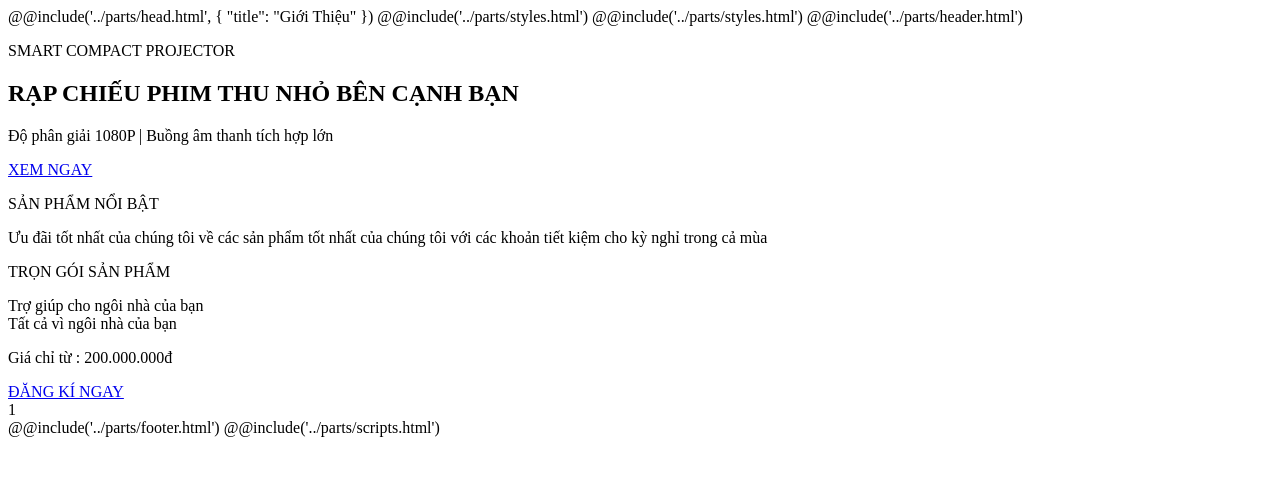
Repository: thanhthien0706/startsup
Page: src/views/pages/index.html
An editor plug-in stored every save of this project. The page is shown before and after the next save, followed by the edit.
The browser window is 1280 px wide. The pictures show the whole page.

Above is the page before, as saved 2021-09-24 22:01:45.

### src/views/pages/index.html
<html lang="vi">

<head>
  <!-- include head.html -->
  @@include('../parts/head.html', {
  "title": "Giới Thiệu"
  })
  <!-- include styles.html -->
  @@include('../parts/styles.html')
  @@include('../parts/styles.html')
</head>

<body class="wrapper">
  @@include('../parts/header.html')
  <section class="section_content--index">

    <section class="section_1">
      <div class="container_edit--page--1240">
        <div class="box_content_main">
          <p class="title">SMART COMPACT PROJECTOR</p>
          <h2 class="main_title">RẠP CHIẾU PHIM THU NHỎ BÊN CẠNH BẠN</h2>
          <p class="description">Độ phân giải 1080P | Buồng âm thanh tích hợp lớn</p>
          <a href="#" class="btn_xem-ngay">XEM NGAY</a>
        </div>
      </div>
    </section>

    <section class="section_2">
      <div class="container_edit--page--1240">
        <div class="box_main_st_2">

          <div class="box_heading">
            <p class="title">SẢN PHẨM NỔI BẬT</p>
            <p class="description">Ưu đãi tốt nhất của chúng tôi về các sản phẩm tốt nhất của chúng tôi với các khoản tiết kiệm cho kỳ nghỉ trong cả mùa</p>
          </div>

          <div class="box_content">
            <section class="item_content-1">
              <div class="row">
                <div class="col-sm-6">
                  <div class="box_bg_1">
                    <p class="logo">TRỌN GÓI SẢN PHẨM</p>
                    <p class="slogan">Trợ giúp cho ngôi nhà của bạn</br>Tất cả vì ngôi nhà của bạn</p>
                    <p class="box_price">
                      <span class="text">Giá chỉ từ : </span>
                      <span class="price">200.000.000đ</span>
                    </p>
                    <a href="#" class="btn_dangKi">ĐĂNG KÍ NGAY</a>
                  </div>
                </div>
                <div class="col-sm-6">
                  1
                </div>
              </div>
            </section>
          </div>

        </div>
      </div>
    </section>

  </section>
  @@include('../parts/footer.html')

  <!-- include scripts.html -->
  @@include('../parts/scripts.html')
</body>

</html>

After the next save:
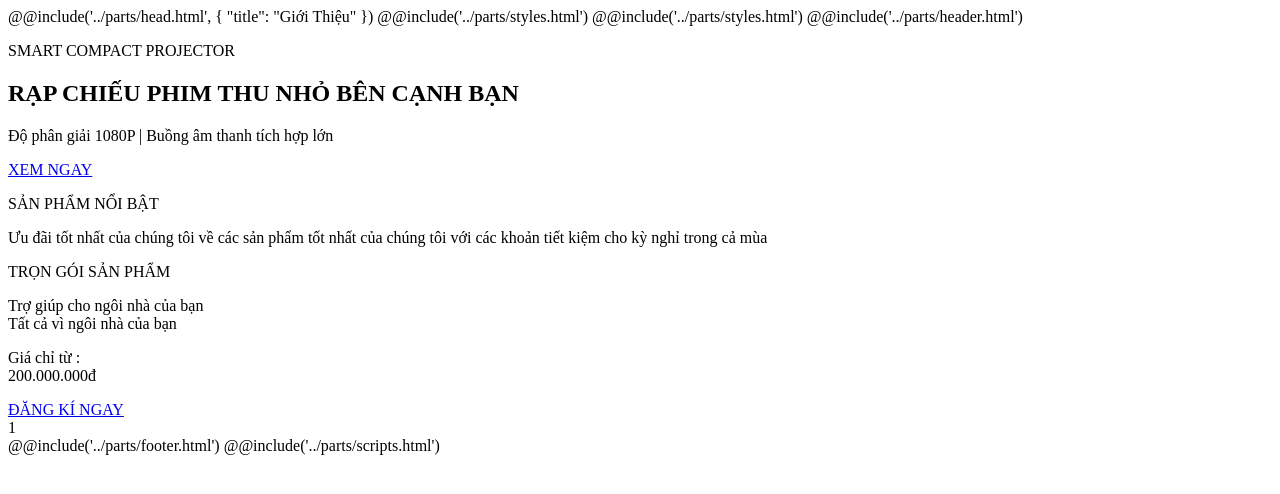
Saved 13 s later.
--- a/src/views/pages/index.html
+++ b/src/views/pages/index.html
@@ -42,7 +42,7 @@
                     <p class="logo">TRỌN GÓI SẢN PHẨM</p>
                     <p class="slogan">Trợ giúp cho ngôi nhà của bạn</br>Tất cả vì ngôi nhà của bạn</p>
                     <p class="box_price">
-                      <span class="text">Giá chỉ từ : </span>
+                      <span class="text">Giá chỉ từ : </span> </br>
                       <span class="price">200.000.000đ</span>
                     </p>
                     <a href="#" class="btn_dangKi">ĐĂNG KÍ NGAY</a>
